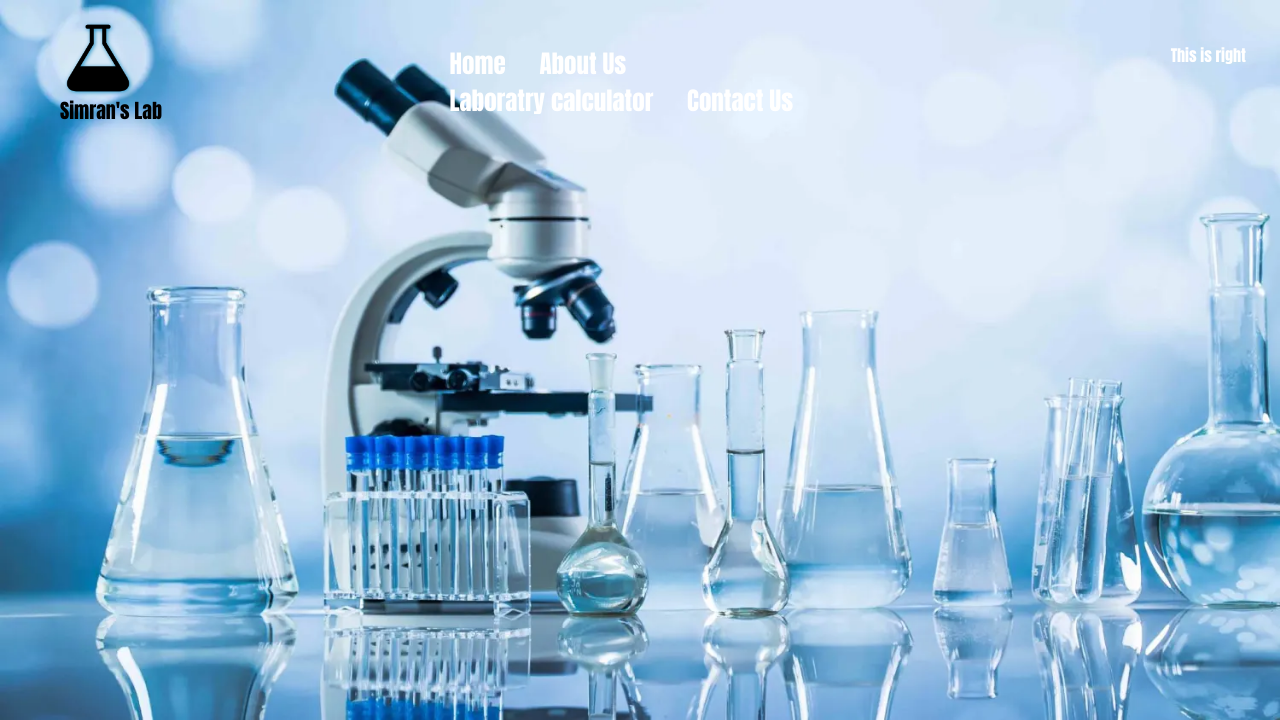
Repository: raisingh22/Simranlearning
Page: html css java/website/index.html
The author's editor kept a copy of each file at every save. The page is drawn from the files as they stood at one save, then again after the next save.
The browser window is 1280 px wide. The pictures show the whole page.

Above is the page before, as saved 2024-01-01 18:35:40.

After the next save:
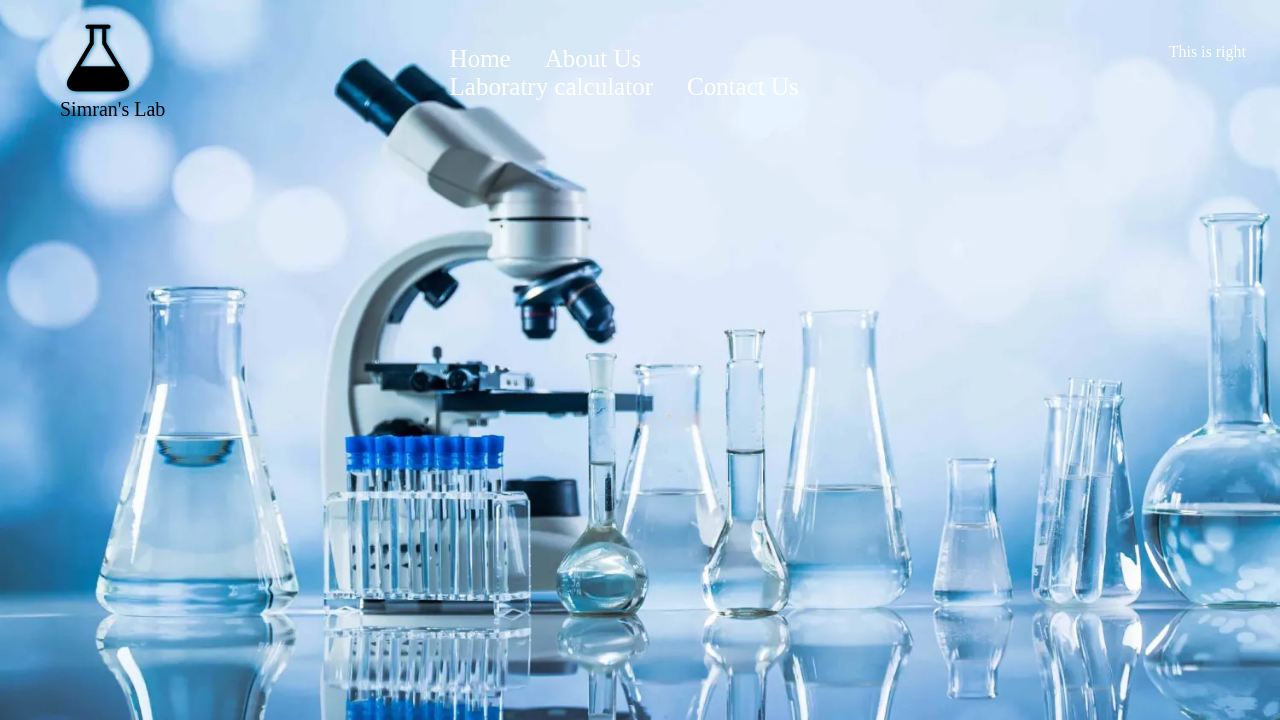
Saved 19 s later.
--- a/html css java/website/index.html
+++ b/html css java/website/index.html
@@ -8,7 +8,7 @@
 <link rel="stylesheet" href="css/style.css">
 <style>
     body {
-        font-family: Impact, Haettenschweiler, 'Arial Narrow Bold', sans-serif;
+        /* font-family: Impact, Haettenschweiler, 'Arial Narrow Bold', sans-serif; */
         color : white;
         padding: 0px;
         margin: 0px;
